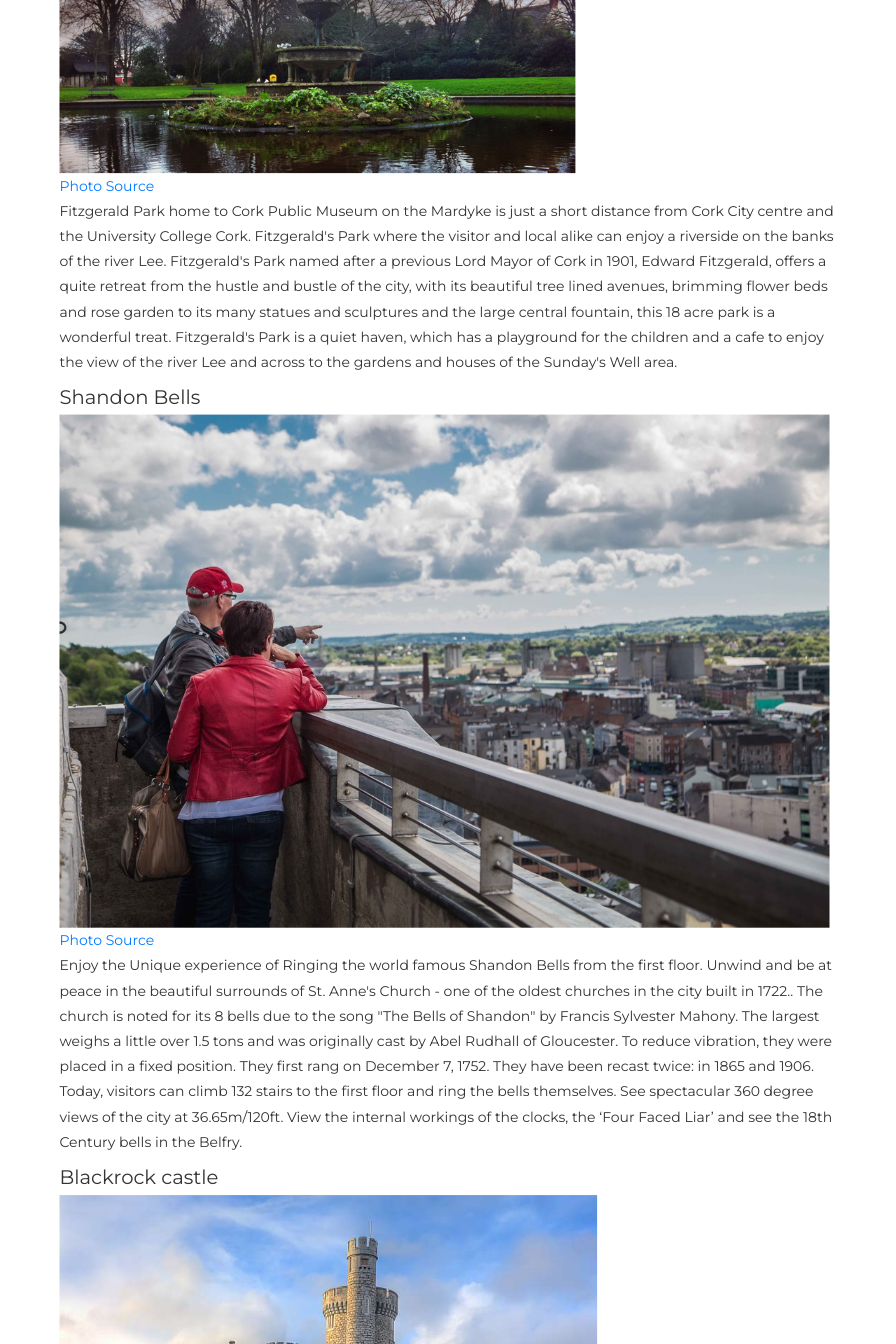
Repository: Maja-Jer/Welcome-to-Cork
Page: see.html
The author's editor kept a record of every edit. The page is drawn from the files as they stood at one moment, then again after the next edit.
The browser window is 1280 px wide. The pictures show the part of the page from y = 1366 to 3286 px (the page is 4205 px tall before and 4197 px after), at 70% of full size.
Some web libraries are served in a nearby version.

Above is the page before.
Console error: TypeError: Cannot read properties of undefined (reading 'fn')

After the next edit:
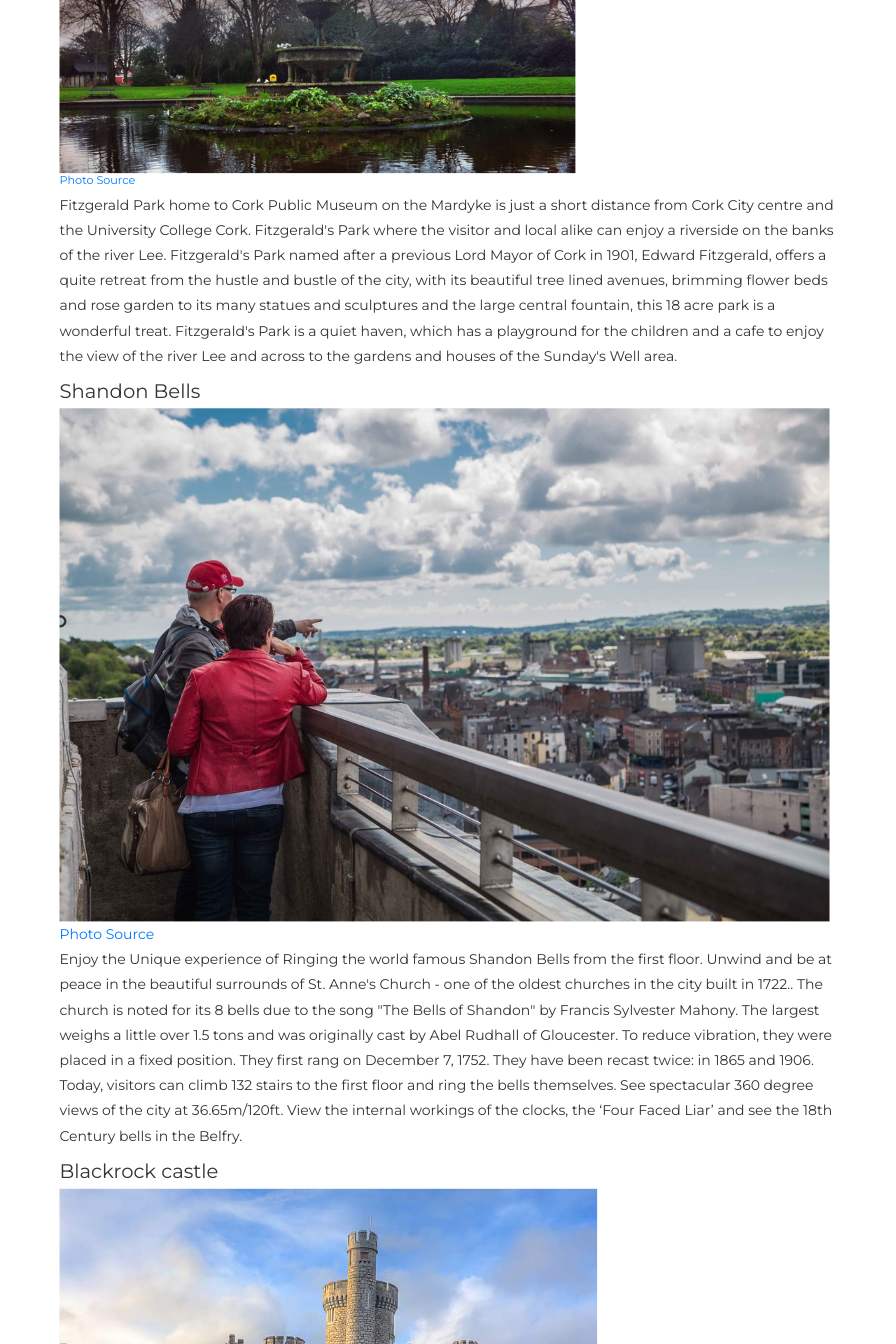
The edit:
--- a/see.html
+++ b/see.html
@@ -82,7 +82,7 @@
 
         <img class= "img-fluid" src="./assets/photos/fitzgerald-park.jpg" alt="Fitzgerald Park ">
         <br>
-        <h7><a href= "http://www.corkenglishcollege.ie/media/4ae2bbd4-2834-4204-b7ae-c0ea07ad30a5/Events/Fitzgerald-Park_jpg ">Photo Source</a></h7>
+        <h6><a href= "http://www.corkenglishcollege.ie/media/4ae2bbd4-2834-4204-b7ae-c0ea07ad30a5/Events/Fitzgerald-Park_jpg ">Photo Source</a></h6>
     </div>
 
 
